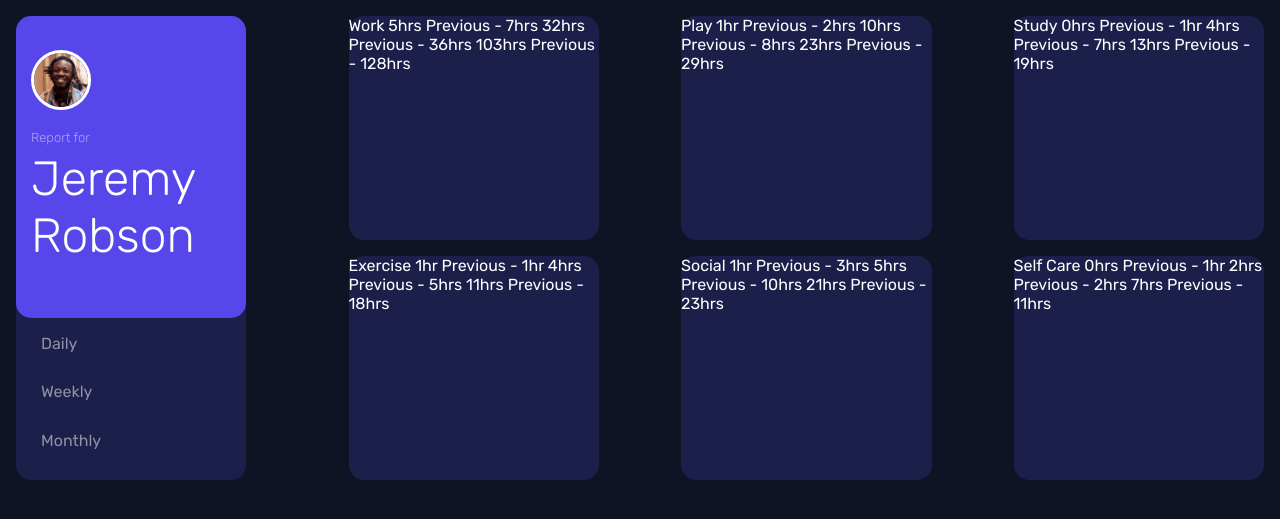
Repository: 3mr-5aled/time-tracking-dashboard-Junior
Page: index.html
The author's editor kept a copy of each file at every save. The page is drawn from the files as they stood at one save, then again after the next save.
The browser window is 1280 px wide. The pictures show the whole page.

Above is the page before, as saved 2022-12-27 19:19:01.

### index.html
<!DOCTYPE html>
<html lang="en">
  <head>
    <meta charset="UTF-8" />
    <meta name="viewport" content="width=device-width, initial-scale=1.0" />
    <!-- displays site properly based on user's device -->

    <link
      rel="icon"
      type="image/png"
      sizes="32x32"
      href="./images/favicon-32x32.png"
    />
    <link rel="stylesheet" href="style.css" />

    <title>Frontend Mentor | Time tracking dashboard</title>

    <!-- Feel free to remove these styles or customise in your own stylesheet 👍 -->
    <style>
      .attribution {
        display: none;
        font-size: 11px;
        text-align: center;
      }
      .attribution a {
        color: hsl(228, 45%, 44%);
      }
    </style>
  </head>
  <body>
    <div class="main">
      <div class="user">
        <div class="userData">
          <img src="images/image-jeremy.png" alt="userFace" />
          <div class="userInfo">
            <p>Report for</p>
            <span>Jeremy Robson</span>
          </div>
        </div>
        <div class="filter">
          <button>Daily</button>
          <button>Weekly</button>
          <button>Monthly</button>
        </div>
      </div>
      <div class="work">
        Work 5hrs
        <!-- daily -->
        Previous - 7hrs
        <!-- daily -->
        32hrs
        <!-- weekly -->
        Previous - 36hrs
        <!-- weekly -->
        103hrs
        <!-- monthly -->
        Previous - 128hrs
        <!-- monthly -->
      </div>
      <div class="play">
        Play 1hr
        <!-- daily -->
        Previous - 2hrs
        <!-- daily -->
        10hrs
        <!-- weekly -->
        Previous - 8hrs
        <!-- weekly -->
        23hrs
        <!-- monthly -->
        Previous - 29hrs
        <!-- monthly -->
      </div>
      <div class="study">
        Study 0hrs
        <!-- daily -->
        Previous - 1hr
        <!-- daily -->
        4hrs
        <!-- weekly -->
        Previous - 7hrs
        <!-- weekly -->
        13hrs
        <!-- monthly -->
        Previous - 19hrs
        <!-- monthly -->
      </div>

      <div class="exercise">
        Exercise 1hr
        <!-- daily -->
        Previous - 1hr
        <!-- daily -->
        4hrs
        <!-- weekly -->
        Previous - 5hrs
        <!-- weekly -->
        11hrs
        <!-- monthly -->
        Previous - 18hrs
        <!-- monthly -->
      </div>

      <div class="social">
        Social 1hr
        <!-- daily -->
        Previous - 3hrs
        <!-- daily -->
        5hrs
        <!-- weekly -->
        Previous - 10hrs
        <!-- weekly -->
        21hrs
        <!-- monthly -->
        Previous - 23hrs
        <!-- monthly -->
      </div>
      <div class="selfCare">
        Self Care 0hrs
        <!-- daily -->
        Previous - 1hr
        <!-- daily -->
        2hrs
        <!-- weekly -->
        Previous - 2hrs
        <!-- weekly -->
        7hrs
        <!-- monthly -->
        Previous - 11hrs
        <!-- monthly -->
      </div>
    </div>
    <div class="attribution">
      Challenge by
      <a href="https://www.frontendmentor.io?ref=challenge" target="_blank"
        >Frontend Mentor</a
      >. Coded by <a href="#">3mr 5aled</a>.
    </div>
  </body>
</html>

### style.css
@import url("https://fonts.googleapis.com/css2?family=Rubik:wght@200;300;400;500&display=swap");

* {
  box-sizing: border-box;
  padding: 0;
  margin: 0;
  font-family: "Rubik", sans-serif;
}

:root {
  /* Primary colors */
  --blue: hsl(246, 80%, 60%);
  --light-red: hsl(15, 100%, 70%); /*(work)*/
  --soft-blue: hsl(195, 74%, 62%); /*(play)*/
  --light-red: hsl(348, 100%, 68%); /*(study)*/
  --lime-green: hsl(145, 58%, 55%); /*(exercise)*/
  --violet: hsl(264, 64%, 52%); /*(social)*/
  --soft-orange: hsl(43, 84%, 65%); /*(self care)*/

  /* Neutral colors */
  --very-dark-blue: hsl(226, 43%, 10%);
  --dark-blue: hsl(235, 46%, 20%);
  --light-purple: #5746ea;
  --desaturated-blue: hsl(235, 45%, 61%);
  --pale-blue: hsl(236, 100%, 87%);

  /* card font size */
  --fs-card: 18px;

  /* media quires */
  --mobile-view: 375px;
  --desktop-view: 1440px;
}

body {
  background-color: var(--very-dark-blue);
  color: white;
  display: flex;
  align-items: center;
  justify-content: center;
}

.main {
  display: grid;
  grid-template-columns: 1fr;
  grid-template-rows: repeat(7, 1fr);
  grid-column-gap: 50px;
  grid-template-areas:
    "user"
    "work"
    "play"
    "study"
    "exercise"
    "social"
    "selfCare";
}
.user,
.work,
.play,
.study,
.exercise,
.social,
.selfCare {
  background: var(--dark-blue);
  border-radius: 15px;
  /* padding: 1rem; */
  margin-top: 1rem;
  margin-right: 1rem;
  margin-left: 1rem;
}
/* start user section */
.user {
  grid-area: user;
}
.userData {
  display: flex;
  flex-direction: row;
  align-items: center;
  justify-content: center;
  background: var(--light-purple);
  border-radius: 15px;
  padding: 15px;
}
img {
  border: 3px solid white;
  border-radius: 50%;
  height: 60px;
  width: 60px;
}
.userInfo {
  margin: 20px 0;
  /* margin-left: 15px; */
}
.userInfo p {
  font-weight: 300;
  color: rgba(255, 255, 255, 0.5);
  padding-bottom: 5px;
  font-size: small;
}
.userInfo span {
  font-weight: 200;
  font-size: x-large;
  /* line-break: anywhere; */
  font-size: xx-large;
}

.filter {
  display: flex;
  flex-direction: row;
  align-items: center;
  justify-content: space-evenly;
  margin: 1rem 0;
}

.filter button {
  background: transparent;
  border: none;
  font-size: medium;
  color: rgba(255, 255, 255, 0.5);
}
.filter button:hover {
  color: white;
}
/* end user section */

.work {
  grid-area: work;
}
.play {
  grid-area: play;
}
.study {
  grid-area: study;
}
.exercise {
  grid-area: exercise;
}
.social {
  grid-area: social;
}
.selfCare {
  grid-area: selfCare;
}

@media screen and (min-width: 375px) {
  .main {
    grid-template-columns: repeat(4, 1fr);
    grid-template-rows: repeat(2, 1fr);
    grid-template-areas:
      "user work play study"
      "user exercise social selfCare";
    height: calc(100vh / 1.5);
  }
  .user {
    max-width: calc(100vh / 4 + 50px);
  }
  .userData {
    flex-direction: column;
    align-items: flex-start;
    justify-content: center;
    height: 65%;
  }
  .userInfo span {
    word-wrap: break-word;
    white-space: warp;
    font-size: 3em;
  }
  .filter {
    margin-left: 25px;
    height: 25%;
    gap: 15px;
    align-items: flex-start;
    justify-content: space-between;
    flex-direction: column;
  }
}

After the next save:
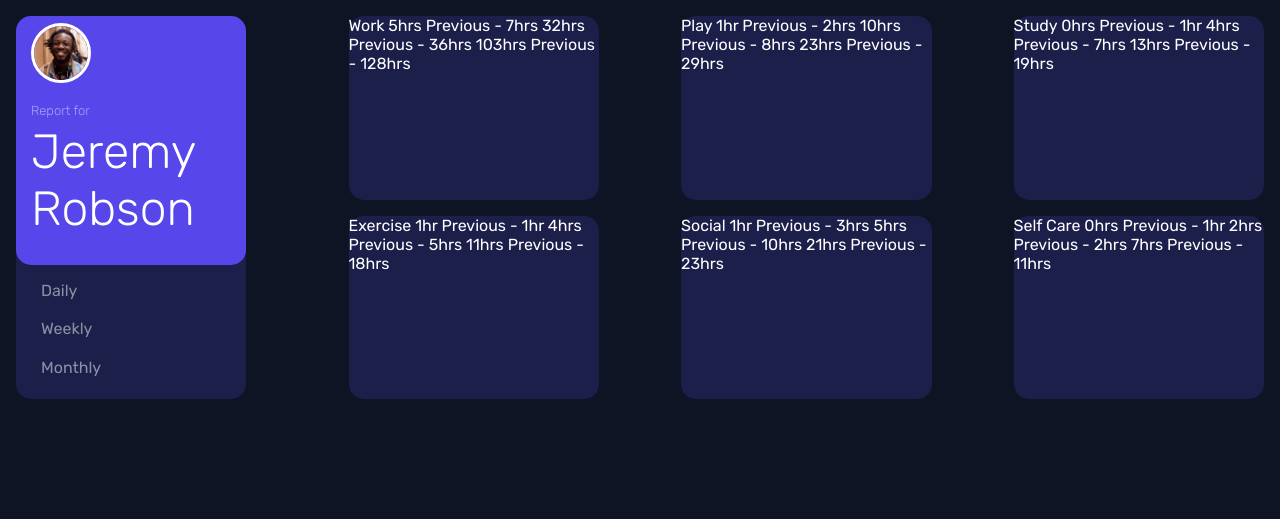
Saved 20 s later.
--- a/style.css
+++ b/style.css
@@ -149,7 +149,7 @@
     grid-template-areas:
       "user work play study"
       "user exercise social selfCare";
-    height: calc(100vh / 1.5);
+    /* height: calc(100vh / 1.5); */
   }
   .user {
     max-width: calc(100vh / 4 + 50px);

After the save that followed:
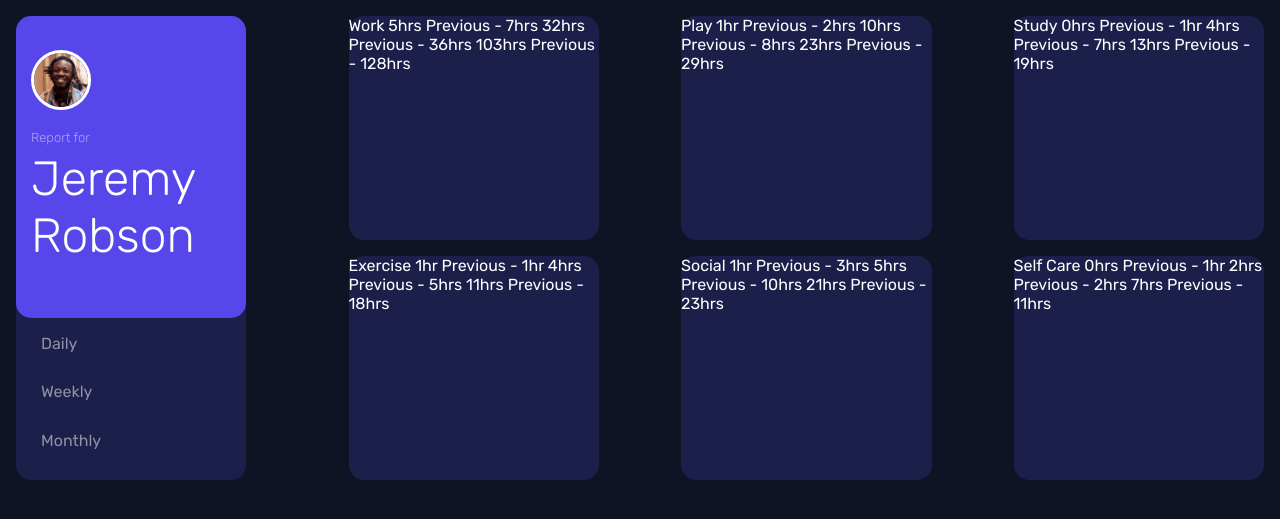
Saved 16 s later.
--- a/style.css
+++ b/style.css
@@ -149,7 +149,7 @@
     grid-template-areas:
       "user work play study"
       "user exercise social selfCare";
-    /* height: calc(100vh / 1.5); */
+    height: calc(100vh / 1.5);
   }
   .user {
     max-width: calc(100vh / 4 + 50px);
